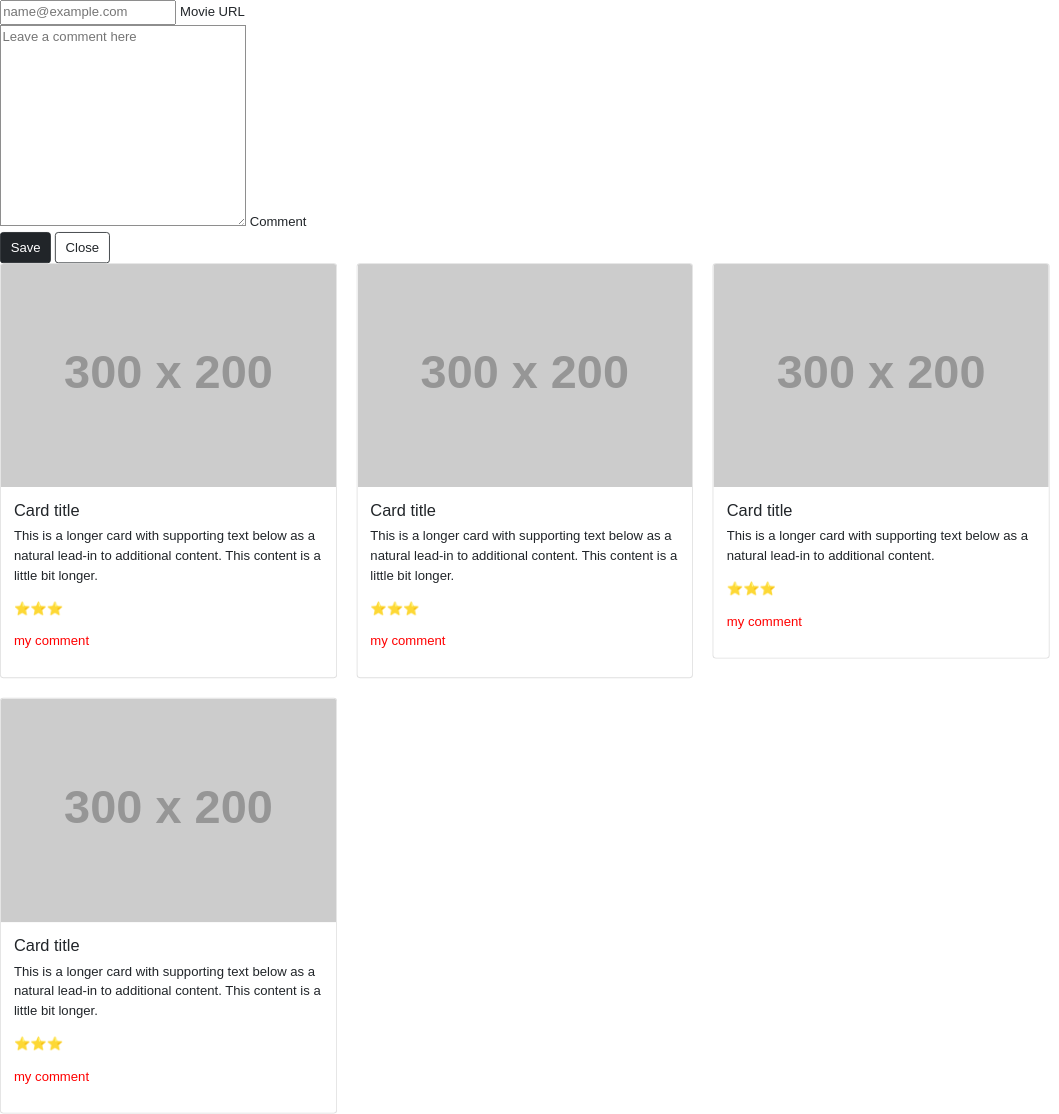
Repository: sinayaka-body/sparta
Page: frontend/bootstrap.html
The author's editor kept a copy of each file at every save. The page is drawn from the files as they stood at one save, then again after the next save.
The browser window is 1280 px wide. The page is 1292 px wide, so the pictures cover 1292 px, including what lies to the right of the window. The pictures show the part of the page from y = 250 to 1640 px (the page is 1608 px tall before and 1640 px after), at 82% of full size.
Some web fonts or font styles are not loaded; a fallback is used.

Above is the page before, as saved 2023-04-15 16:32:17.

After the next save:
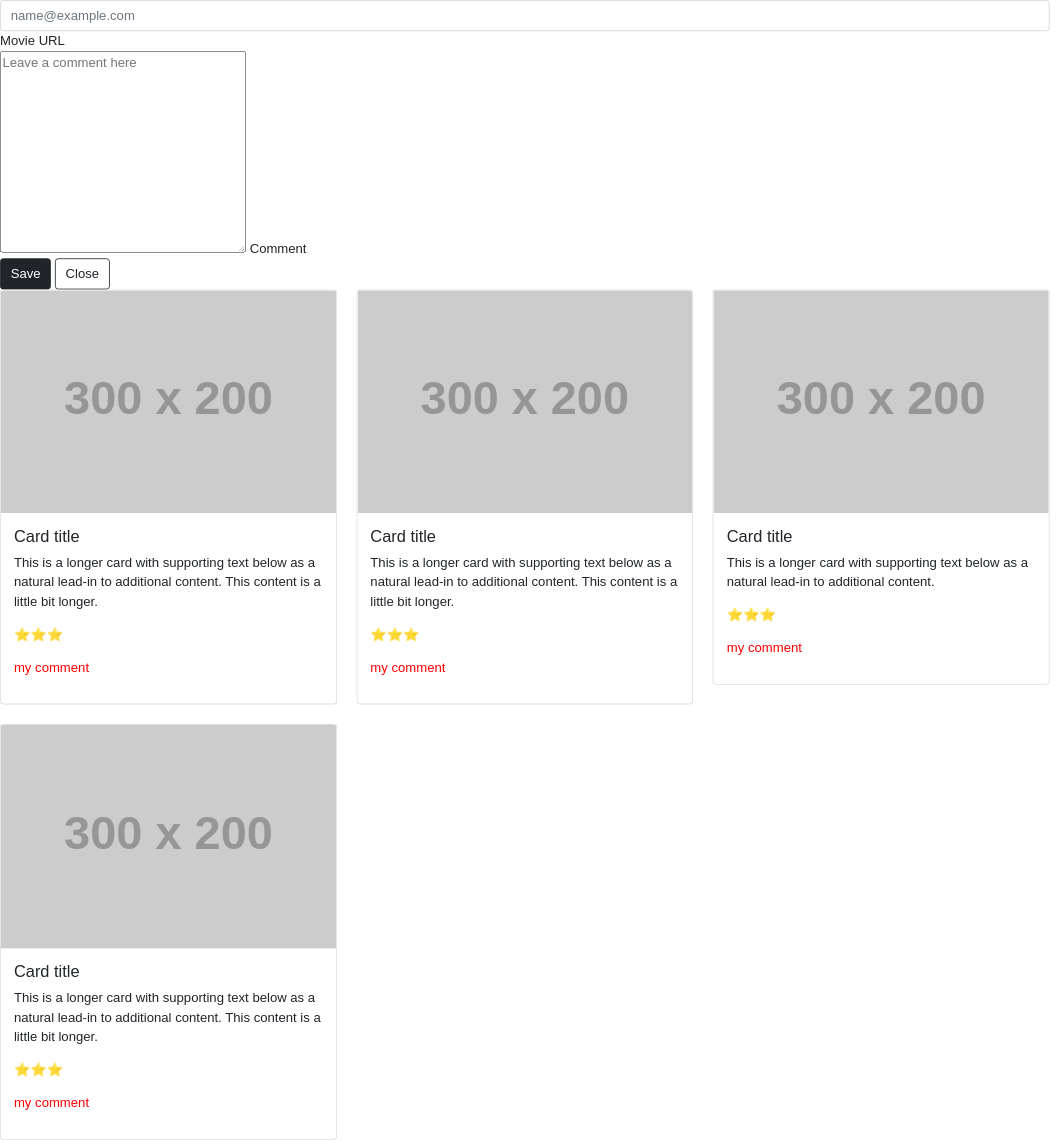
Saved 43 s later.
--- a/frontend/bootstrap.html
+++ b/frontend/bootstrap.html
@@ -60,7 +60,7 @@
 
     <div class="review_post">
       <div class="review_post_url">
-        <input type="email" placeholder="name@example.com" />
+        <input type="email" class="form-control" placeholder="name@example.com" />
         <label for="floatingInput">Movie URL</label>
       </div>
       <div class="review_post_comment">
